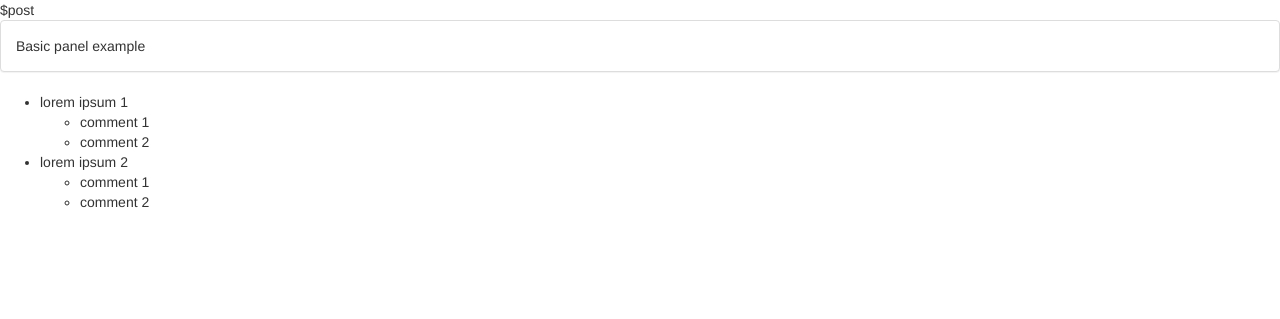
Repository: mhkafayi79/mohammad
Page: http://localhost/cfcfgcfgcfgcfg
The author's editor kept a copy of each file at every save. The page is drawn from the files as they stood at one save, then again after a run of saves.
The browser window is 1280 px wide. The pictures show the whole page.
The page is served by the project's Laravel application, run on PHP 8.4 with Laravel 8.

Above is the page before, as saved 2020-10-11 16:02:16.

After the next 2 saves:
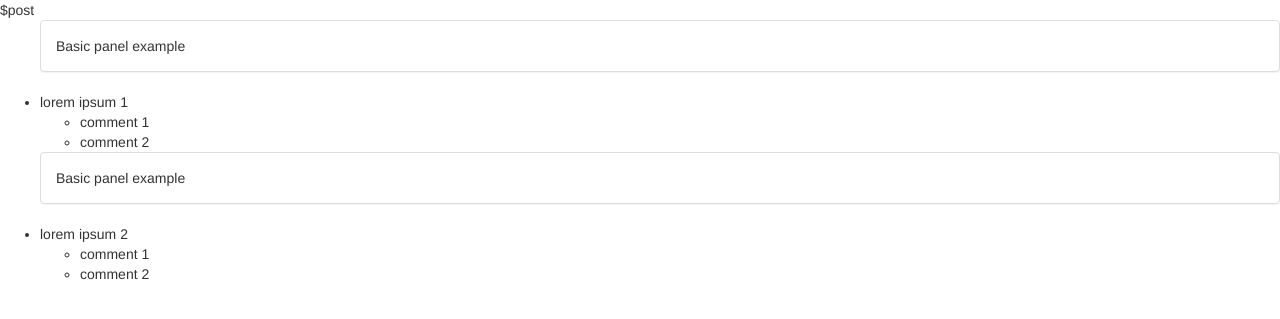
The 2 saves are shown as one change because they came seconds apart.
The last was saved 8 s later.
--- a/resources/views/welcome.blade.php
+++ b/resources/views/welcome.blade.php
@@ -2,29 +2,28 @@
 <html lang="{{ str_replace('_', '-', app()->getLocale()) }}">
 
 <head>
-<!-- Latest compiled and minified CSS -->
-<link rel="stylesheet" href="https://stackpath.bootstrapcdn.com/bootstrap/3.4.1/css/bootstrap.min.css" integrity="sha384-HSMxcRTRxnN+Bdg0JdbxYKrThecOKuH5zCYotlSAcp1+c8xmyTe9GYg1l9a69psu" crossorigin="anonymous">
+    <!-- Latest compiled and minified CSS -->
+    <link rel="stylesheet" href="https://stackpath.bootstrapcdn.com/bootstrap/3.4.1/css/bootstrap.min.css" integrity="sha384-HSMxcRTRxnN+Bdg0JdbxYKrThecOKuH5zCYotlSAcp1+c8xmyTe9GYg1l9a69psu" crossorigin="anonymous">
 </head>
 $post
+
 <body class="antialiased">
-
-<div class="panel panel-default">
-    <div class="panel-body">
-       Basic panel example
-    </div>
-</div>
-
     <ul>
         @foreach($posts as $key => $post)
-            <li>{{$key}}
-                <ul>
+        <div class="panel panel-default">
+            <div class="panel-body">
+                Basic panel example
+            </div>
+        </div>
+        <li>{{$key}}
+            <ul>
                 @foreach($post as $comment)
 
                 <li>{{$comment}}</li>
                 @endforeach
 
-                </ul>
-            </li>
+            </ul>
+        </li>
 
         @endforeach
     </ul>
